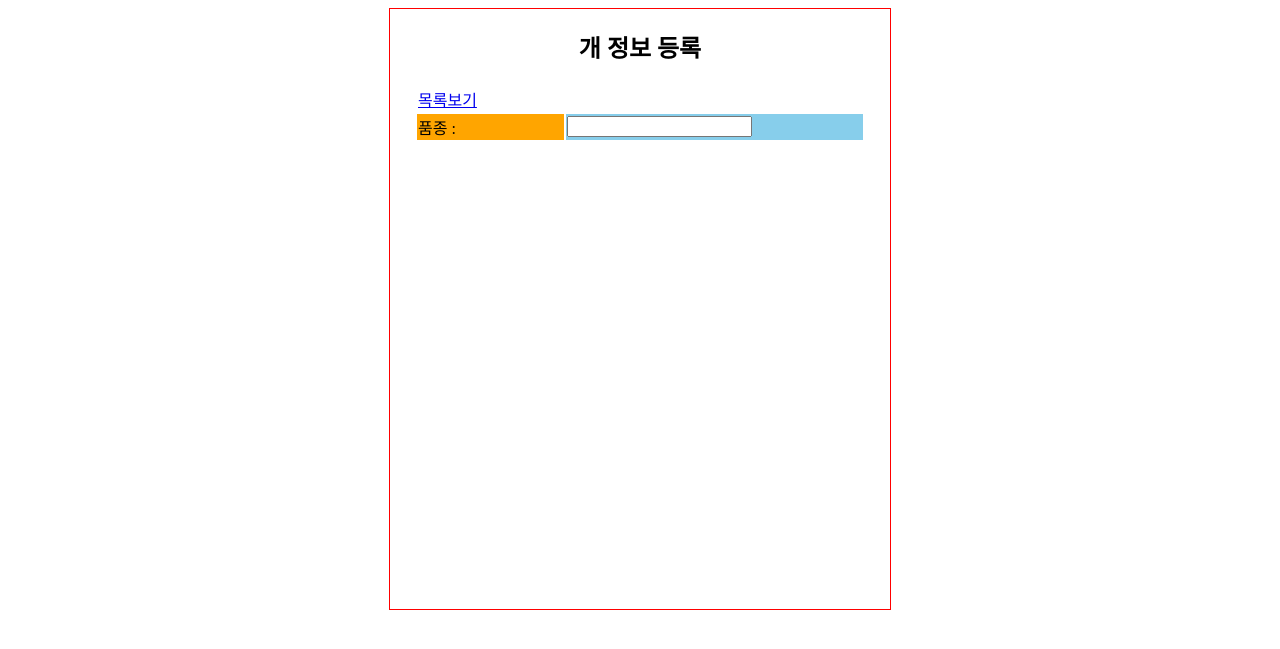
Repository: dbwls89876/Ru
Page: http://localhost/DogShopping/dogRegistForm.jsp
An editor plug-in stored every save of this project. The page is shown before and after the next save, followed by the edit.
The browser window is 1280 px wide. The pictures show the whole page.
The page is served by Tomcat 9. Other server files are loaded and not shown.

Above is the page before, as saved 2021-02-26 00:36:20.

### java&jsp/Workspace/DogShopping/WebContent/dogRegistForm.jsp
<%@ page language="java" contentType="text/html; charset=UTF-8"
    pageEncoding="UTF-8"%>
<!DOCTYPE html>
<html>
<head>
<meta charset="UTF-8">
<title>Insert title here</title>
<style type="text/css">
	#registForm{
		width: 500px;
		height: 600px;
		border: 1px solid red;
		margin: auto;
	}
	h2{
		text-align: center;
	}
	table{
		margin: auto;
		width: 450px;
	}
	.td_left{
		width: 150px;
		background: orange;
	}
	.td_right{
		width: 300px;
		background: skyblue;
	}
	#commandCell{
		text-align: center;
	}
</style>
</head>
<body>
<section id = "registForm">
	<header>
		<h2>개 정보 등록</h2>
	</header>
	<form action="dogRegist.dog" method="post" name="writeForm" enctype="multipart/form-data">
		<table>
			<tr>
				<td colspan="2">
					<a href="dogList.dog">목록보기</a>
				</td>
			</tr>
			<tr>
				<td class="td_left">
					<label for="kind">품종 : </label>
				</td>
				<td class="td_right">
					<input type="text" name="kind" id="kind" required="required"/>
				</td>
			</tr>
		</table>
	</form>
</section>
</body>
</html>

After the next save:
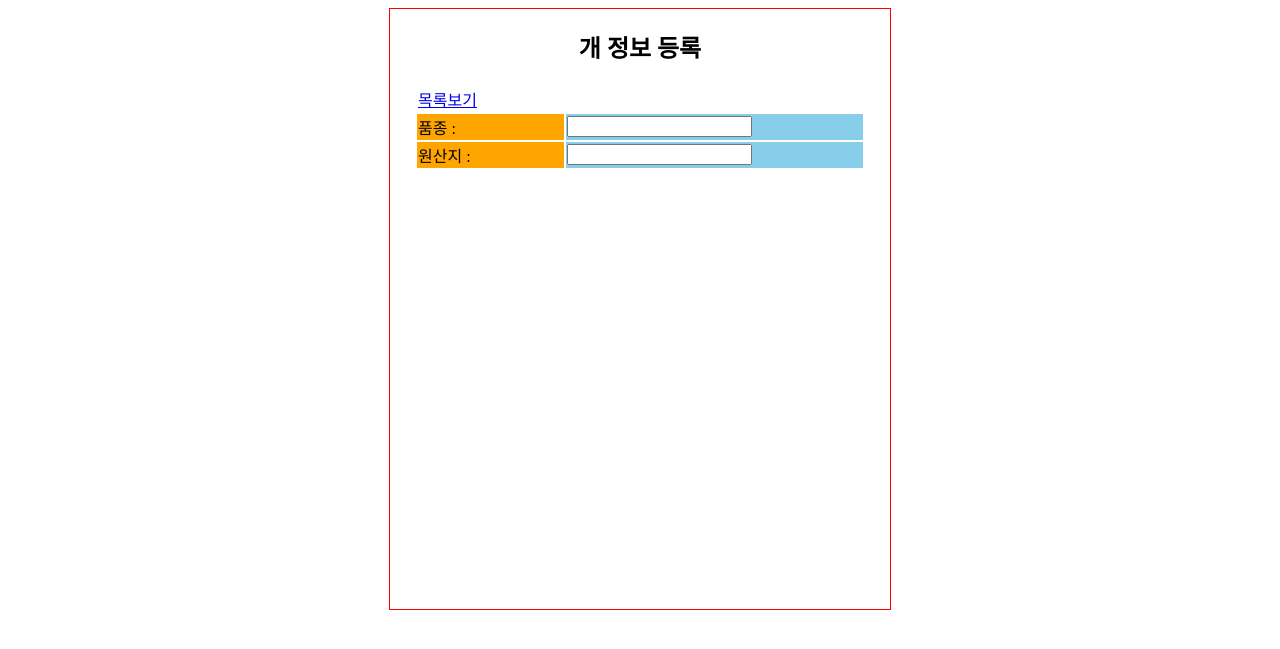
Saved 63 s later.
--- a/java&jsp/Workspace/DogShopping/WebContent/dogRegistForm.jsp
+++ b/java&jsp/Workspace/DogShopping/WebContent/dogRegistForm.jsp
@@ -52,6 +52,14 @@
 					<input type="text" name="kind" id="kind" required="required"/>
 				</td>
 			</tr>
+			<tr>
+				<td class="td_left">
+					<label for="nation">원산지 : </label>
+				</td>
+				<td class="td_right">
+					<input type="text" name="nation" id="nation"/>
+				</td>
+			</tr>
 		</table>
 	</form>
 </section>
